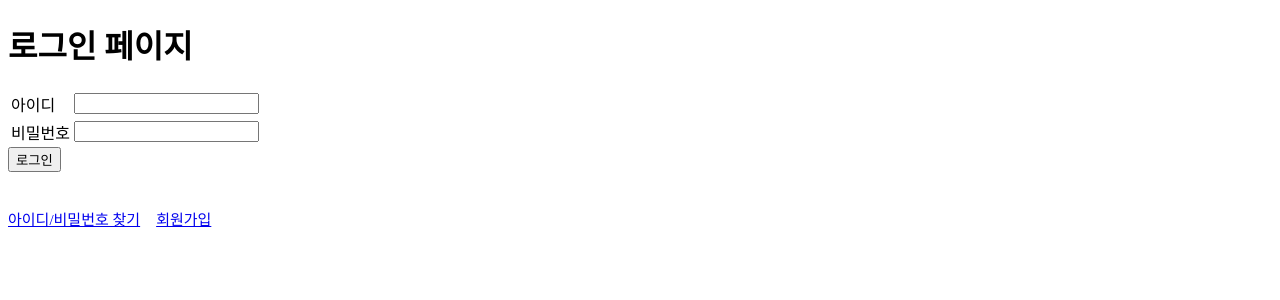
Repository: ksccmp/notice-board
Page: http://localhost/board/login.jsp
An editor plug-in stored every save of this project. The page is shown before and after the next save, followed by the edit.
The browser window is 1280 px wide. The pictures show the whole page.
The page is served by Tomcat 9. Nobody is signed in. The application's start-up code is not run. Other server files are loaded and not shown.

Above is the page before, as saved 2019-09-18 13:32:11.

### board/src/main/webapp/login.jsp
<%@ page language="java" contentType="text/html; charset=UTF-8"
    pageEncoding="UTF-8"%>
<!DOCTYPE html PUBLIC "-//W3C//DTD HTML 4.01 Transitional//EN" "http://www.w3.org/TR/html4/loose.dtd">
<html>
<head>
<meta http-equiv="Content-Type" content="text/html; charset=UTF-8">
<title>LoginPage</title>
</head>
<style>
	#hreffont {
		font-size: 15px;
	}

	#submitposition {
		text-align: right;
	}
</style>
<body>
	<h1>로그인 페이지</h1>
	<form method="post" action="">
		<table>
			<tr>
				<td>아이디</td>
				<td><input type="text" id="id" name="id"></td>
			</tr>

			<tr>
				<td>비밀번호</td>
				<td><input type="password" id="password" name="password"></td>
			</tr>
		</table>
		<input type="submit" value="로그인" id="submitposition">
	</form>

	<br><br>
	<a href="#" id="hreffont">아이디/비밀번호 찾기</a> &nbsp;&nbsp;
	<a href="#" id="hreffont">회원가입</a>
</body>
</html>

After the next save:
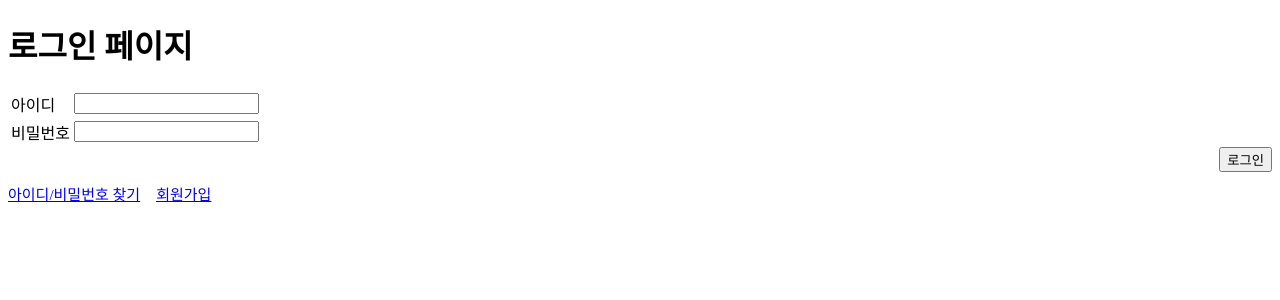
Saved 15 s later.
--- a/board/src/main/webapp/login.jsp
+++ b/board/src/main/webapp/login.jsp
@@ -12,7 +12,7 @@
 	}
 
 	#submitposition {
-		text-align: right;
+		float: right;
 	}
 </style>
 <body>
